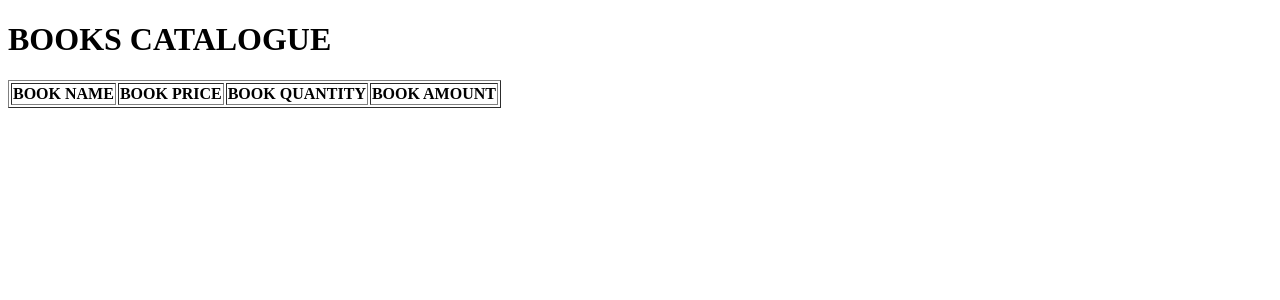
Repository: nikhilbad7/jsp-practicals
Page: http://localhost/classwork/exp12showbooks.jsp
The author's editor kept a copy of each file at every save. The page is drawn from the files as they stood at one save, then again after the next save.
The browser window is 1280 px wide. The pictures show the whole page.
The page is served by Tomcat 9. Queries for data that is not in the repository find no rows.

Above is the page before, as saved 2018-04-11 09:01:57.

### classwork/WebContent/exp12showbooks.jsp
<!DOCTYPE HTML PUBLIC "-//W3C//DTD HTML 4.01 Transitional//EN"
"http://www.w3.org/TR/html4/loose.dtd">
<%@ page import="java.sql.*" %>
<%@ page import="java.io.*" %>
<html>
<head>
<title>SHOW BOOKS</title>
</head>
<body>
<h1>BOOKS CATALOGUE </h1>
<%
try {
/* Create string of connection url within specified format with machine name,
port number and database name. Here machine name id localhost and database name
is usermaster. */
//String connectionURL = "jdbc:mysql://localhost:3306/usermaster";
// declare a connection by using Connection interface
//Connection connection = null;
// Load JBBC driver "com.mysql.jdbc.Driver".
Class.forName("com.mysql.jdbc.Driver");
/* Create a connection by using getConnection() method that takes parameters of
string type connection url, user name and password to connect to database. */
Connection con=(Connection) DriverManager.getConnection("jdbc:mysql://localhost:3306/books_catalogue","root","");
// check weather connection is established or not by isClosed() method
Statement stmt=(Statement) con.createStatement();
String q = "select * from bookdetails";
ResultSet rs=(ResultSet) stmt.executeQuery(q);
stmt = (Statement) con.createStatement();
rs= (ResultSet) stmt.executeQuery(q);
%>
<table border=1>
<tr>
	<th>BOOK NAME</th>
	<th>BOOK PRICE</th>
	<th>BOOK QUANTITY</th>
	<th>BOOK AMOUNT</th>
</tr> <%
while(rs.next()){
	String bname = rs.getString("bookname");
	int bprice = Integer.parseInt(rs.getString("bookprice"));
	int bquant = Integer.parseInt(rs.getString("bookquantity"));
	int bamount = Integer.parseInt(rs.getString("bookamount"));
	out.print("<tr><td>"+bname+"</td><td>"+bprice+"</td><td>"+bquant+"</td><td>"+bamount+"</td></tr>");

}
%>
</table>
<%
con.close();
}
catch(Exception ex){
ex.printStackTrace();
}
%>

</body>
</html>

After the next save:
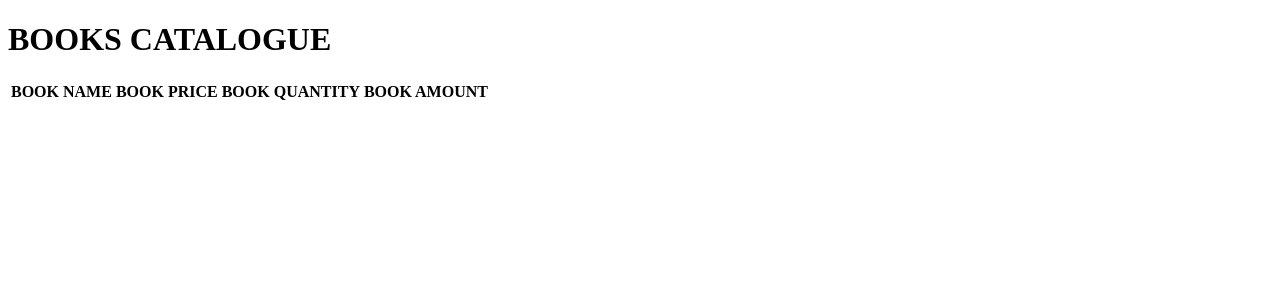
Saved 57 s later.
--- a/classwork/WebContent/exp12showbooks.jsp
+++ b/classwork/WebContent/exp12showbooks.jsp
@@ -28,7 +28,7 @@
 stmt = (Statement) con.createStatement();
 rs= (ResultSet) stmt.executeQuery(q);
 %>
-<table border=1>
+<table border=0.5>
 <tr>
 	<th>BOOK NAME</th>
 	<th>BOOK PRICE</th>

After the save that followed:
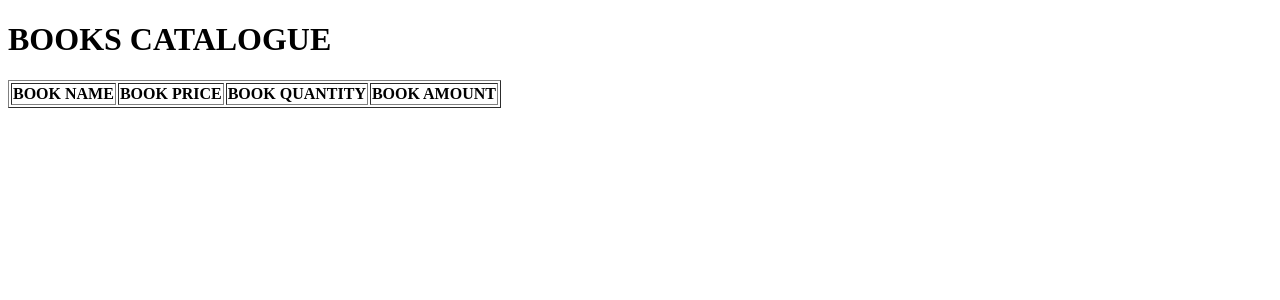
Saved 9 s later.
--- a/classwork/WebContent/exp12showbooks.jsp
+++ b/classwork/WebContent/exp12showbooks.jsp
@@ -28,7 +28,7 @@
 stmt = (Statement) con.createStatement();
 rs= (ResultSet) stmt.executeQuery(q);
 %>
-<table border=0.5>
+<table border=1>
 <tr>
 	<th>BOOK NAME</th>
 	<th>BOOK PRICE</th>
